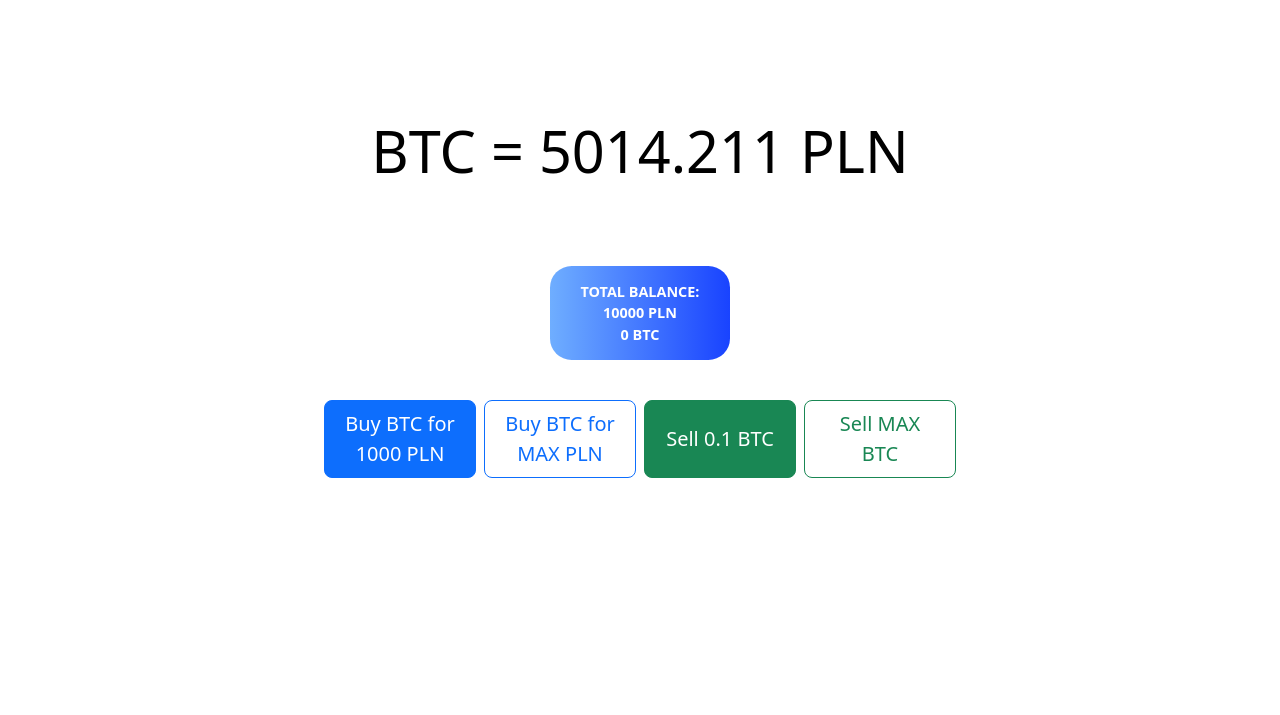
Repository: michalgornicki/bitcoin-virtual
Page: /
The author's editor kept a copy of each file at every save. The page is drawn from the files as they stood at one save, then again after a run of saves.
The browser window is 1280 px wide. The pictures show the whole page.
The project was rebuilt for these pictures with package versions that can differ from the ones it lists, and the page was loaded fresh each time.

Above is the page before, as saved 2021-12-05 22:52:09.

### src/App.jsx
import React, { useState, useEffect } from "react";
import "./App.css";
import Button from "react-bootstrap/Button";
import "bootstrap/dist/css/bootstrap.min.css";

function App() {
  const [bitcoinPrice, setBitcoinPrice] = useState(5000);
  const [accountPLN, setAccountPLN] = useState(10000);
  const [accountBTC, setAccountBTC] = useState(0);

  const bitcoin = () => {
    let randomNumber = parseFloat((Math.random() * 20 - 10).toFixed(3));
    setBitcoinPrice((bitcoinPrice) =>
      parseFloat((bitcoinPrice + randomNumber).toFixed(3))
    );
    console.log(bitcoinPrice);

    setTimeout(bitcoin, 1000);
  };

  const buyBitcoin = () => {
    if (accountPLN >= 1000) {
      setAccountPLN(accountPLN - 1000);
      setAccountBTC((accountBTC) =>
        parseFloat((accountBTC + 1000 / bitcoinPrice).toFixed(6))
      );
      console.log(accountBTC);
    } else {
      setAccountPLN(0);
      setAccountBTC((accountBTC) =>
        parseFloat((accountBTC + accountPLN / bitcoinPrice).toFixed(6))
      );
    }
  };

  const buyMAXBitcoin = () => {
      setAccountPLN(0);
      setAccountBTC((accountBTC) =>
        parseFloat((accountBTC + accountPLN/bitcoinPrice).toFixed(6))
      );
      console.log(accountBTC);
  };

  const sellBitcoin = () => {
    if (accountBTC >= 0.1) {
      setAccountPLN(parseFloat((accountPLN + bitcoinPrice / 10).toFixed(6)));
      setAccountBTC((accountBTC) => parseFloat((accountBTC - 0.1).toFixed(6)));
      console.log(accountBTC);
    } else {
      setAccountPLN(
        parseFloat((accountPLN + bitcoinPrice * accountBTC).toFixed(6))
      );
      setAccountBTC((accountBTC) => parseFloat((0).toFixed(6)));
    }
  };

  const sellMAXBitcoin = () => {
      setAccountPLN(parseFloat((accountPLN + bitcoinPrice*accountBTC).toFixed(6)));
      setAccountBTC(0);
      console.log(accountBTC);
  };

  useEffect(() => {
    bitcoin();
  }, []);

  return (
    <div className="wrapper">
      <div className="price">BTC = {bitcoinPrice} PLN</div>
      <div className="account-container">
        <div className="account">TOTAL BALANCE:</div>
        <div className="account">{accountPLN} PLN</div>
        <div className="account">{accountBTC} BTC</div>
      </div>

      <div className="button-container w-50 m-auto">
        <Button variant="primary m-1 btn-lg w-50" onClick={buyBitcoin}>
          Buy BTC for 1000 PLN
        </Button>
        <Button variant="outline-primary m-1 btn-lg w-50" onClick={buyMAXBitcoin}>
          Buy BTC for MAX PLN
        </Button>
        <Button variant="success m-1 btn-lg w-50" onClick={sellBitcoin}>
          Sell 0.1 BTC
        </Button>
        <Button variant="outline-success m-1 btn-lg w-50" onClick={sellMAXBitcoin}>
          Sell MAX BTC
        </Button>
      </div>
    </div>
  );
}

export default App;

### src/App.css

body{
    font-family:'Segoe UI', Tahoma, Geneva, Verdana, sans-serif;
    user-select: none;
}

.wrapper{
    height: 100vh;
}

.price{
    font-size: 8vmin;
    display: block;
    margin: auto;
    padding-top: 15vmin;
    text-align: center;
    width: 50%;
    color: rgb(0, 0, 0);
}

.account-container{
    display: block;
    margin: auto;
    margin-top: 10vmin;
    margin-bottom: 5vmin;
    background: linear-gradient(to left, rgb(25, 67, 255), rgb(111, 174, 255));
    color: white;
    padding: 2vmin;
    border-radius: 3vmin;
    width: 14%;
}

.account{
    font-size: 2vmin;
    font-weight: 600;
    display: block;
    margin: auto;
    text-align: center;
}

.button-container{
    display: flex;
    justify-content: center;
}

.button{
    height: 10vmin;
    width: 10vmin;
    background-color: green;
    color: white;
    text-align: center;
    display: block;
    margin: 2vmin;
    margin-top: 10vmin;
    cursor: pointer;
}

Loaded but not shown: public/index.html (common file); src/index.js (common file); src/index.css (common file); src/reportWebVitals.js (common file)

After the next 3 saves:
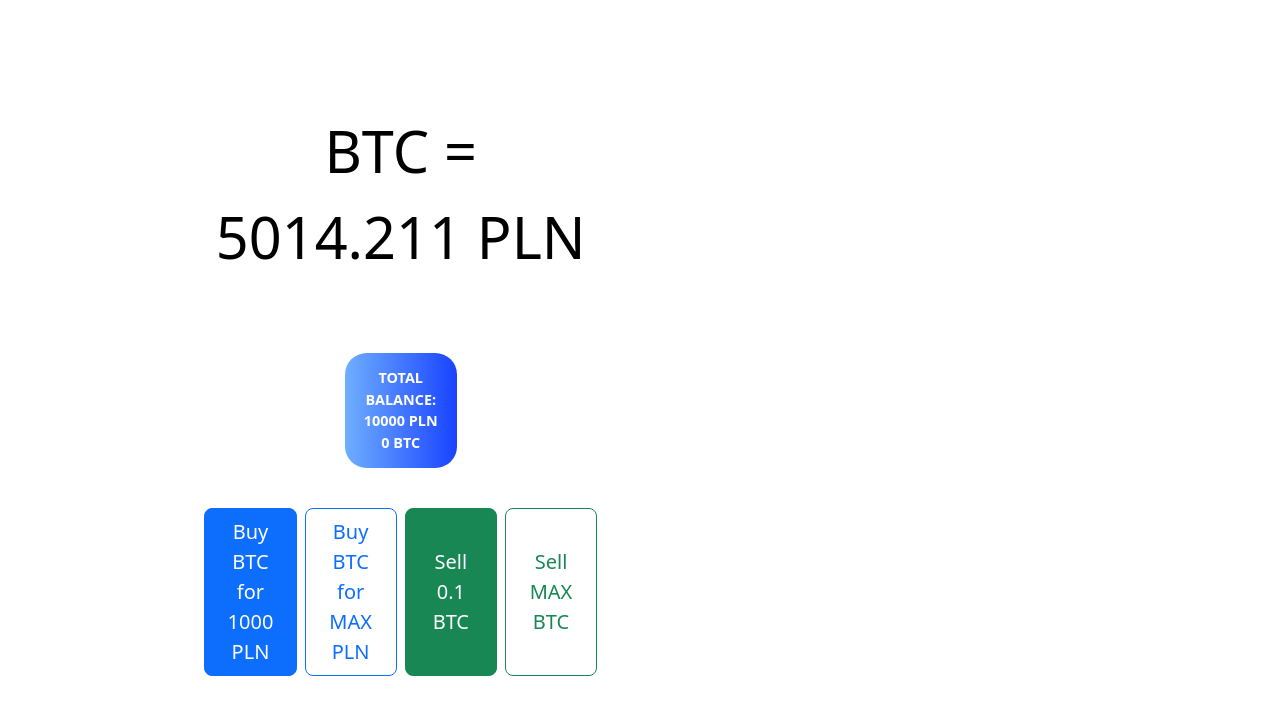
The 3 saves are shown as one change because they came seconds apart.
The last was saved 18 s later.
--- a/src/App.css
+++ b/src/App.css
@@ -6,6 +6,7 @@ body{
 
 .wrapper{
     height: 100vh;
+    width: fit-content;
 }
 
 .price{
